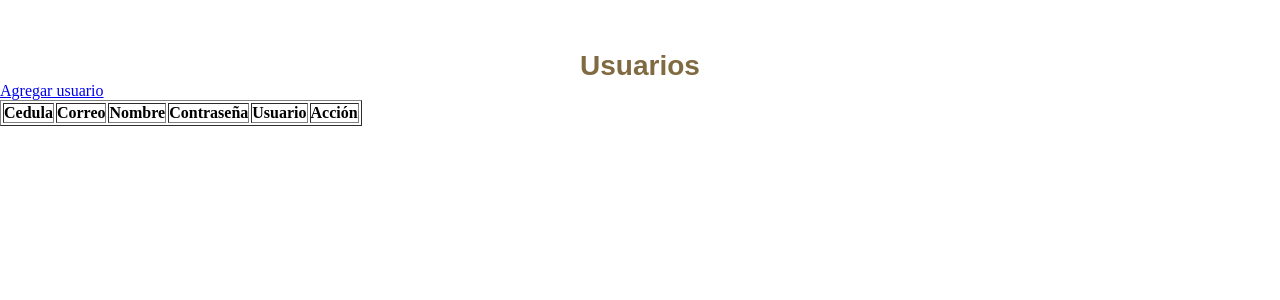
Repository: andresrojas686/tiendaGenericaMintic
Page: http://localhost/primerJSP/usuarios.jsp
These files come from the project's save history. The page is drawn as it stood at one moment and after the next save; the edit follows.
The browser window is 1280 px wide. The pictures show the whole page.
The page is served by Tomcat 9. Queries for data that is not in the repository find no rows.

Above is the page before, as saved 2021-09-15 19:41:15.

After the next save:
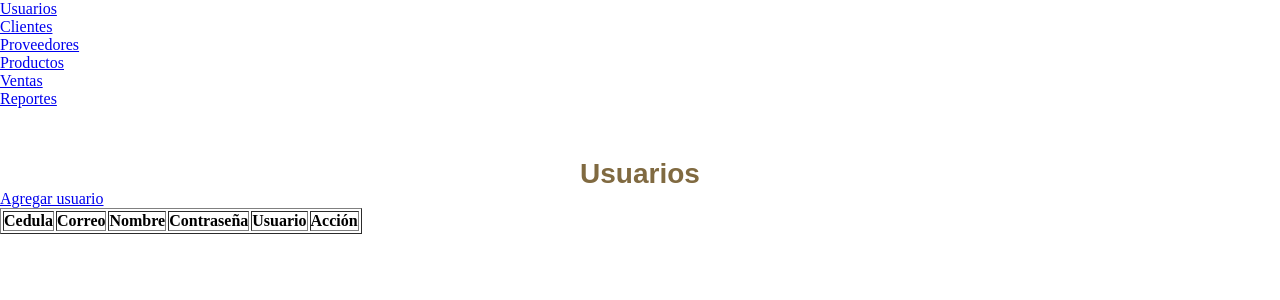
Saved 30 s later.
--- a/primerJSP/src/main/webapp/usuarios.jsp
+++ b/primerJSP/src/main/webapp/usuarios.jsp
@@ -9,6 +9,36 @@
 <title>Usuarios</title>
 </head>
 <body>
+	<!-- -----------------------Menu-------------------------------- -->
+	    <section class="main">
+        <div class="container">
+            <section class="row">
+                <div class="col">
+                    <div class="border-top border-bottom py-3">
+                        <ul class="nav nav-pills nav-fill">
+                            <li class="nav-item">
+                                <a href="usuarios.jsp" class="nav-link">Usuarios</a>
+                            </li>
+                            <li class="nav-item">
+                                <a href="clientes.jsp" class="nav-link">Clientes</a>
+                            </li>
+                            <li class="nav-item">
+                                <a href="proveedores.jsp" class="nav-link">Proveedores</a>
+                            </li>
+                            <li class="nav-item">
+                                <a href="productos.jsp" class="nav-link">Productos</a>
+                            </li>
+                            <li class="nav-item">
+                                <a href="ventas.jsp" class="nav-link">Ventas</a>
+                            </li>
+                            <li class="nav-item">
+                                <a href="reportes.jsp" class="nav-link">Reportes</a>
+                            </li>
+                        </ul>
+                    </div>
+                </div>
+            </section>
+            <!-- -----------------------FIN Menu-------------------------------- -->
 	<h1 class="titulo-tienda">Usuarios</h1>
 	<%
 		Class.forName("com.mysql.jdbc.Driver");
